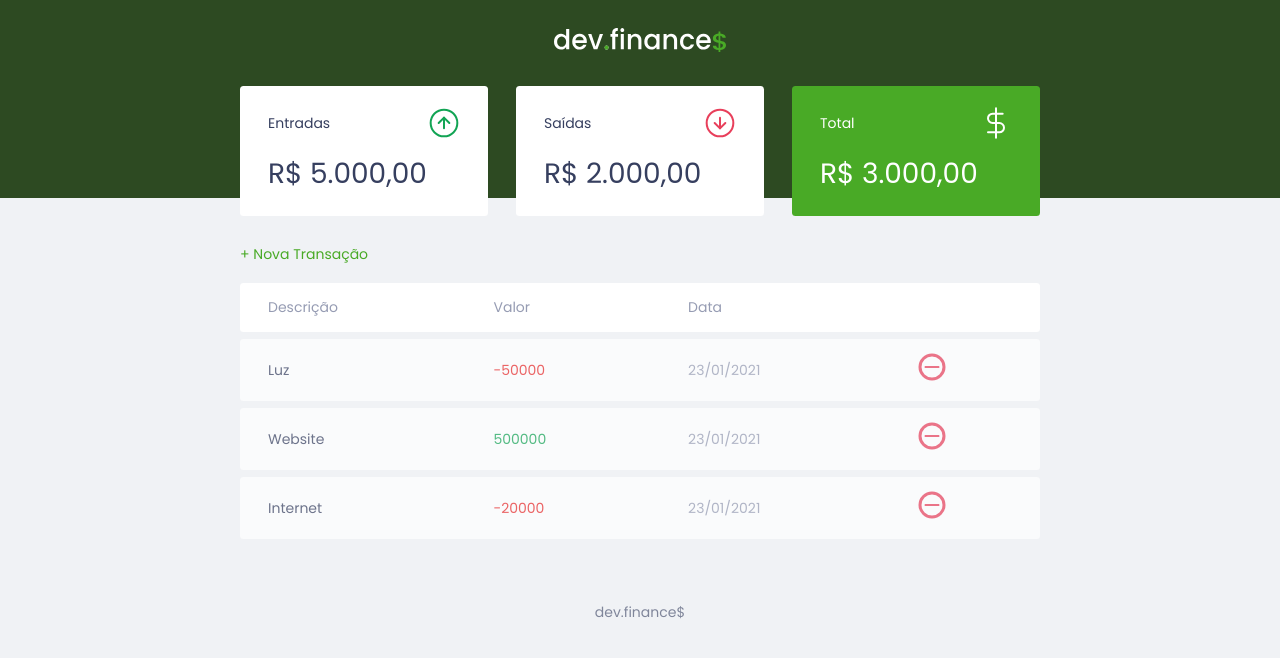
Repository: rafaelmgr12/maratona-dev01
Page: index.html
An editor plug-in stored every save of this project. The page is shown before and after the next save, followed by the edit.
The browser window is 1280 px wide. The pictures show the whole page.

Above is the page before, as saved 2021-05-01 11:10:08.

### index.html
<!DOCTYPE html>
<html lang="pt-br">
  <head>
    <meta charset="UTF-8" />
    <meta name="viewport" content="width=device-width, initial-scale=1.0" />
    <title>Rafael.appdev.finance$</title>

    <link rel="stylesheet" href="./style.css" />
    <link rel="preconnect" href="https://fonts.gstatic.com" />
    <link
      href="https://fonts.googleapis.com/css2?family=Poppins:ital,wght@0,100;0,400;0,700;1,100;1,400;1,700&display=swap"
      rel="stylesheet"
    />
  </head>
  <body>
    <header>
      <img src="./assets/logo.svg" alt="Logo Dev Finance" />
    </header>

    <main class="container">
      <section id="balance">
        <h2 class="sr-only">Balanço</h2>

        <div class="card">
          <h3>
            <span> Entradas </span>
            <img src="./assets/income.svg" alt="Image de entradas" />
          </h3>
          <p>R$ 5.000,00</p>
        </div>

        <div class="card">
          <h3>
            <span> Saídas </span>
            <img src="./assets/expense.svg" alt="Image de saídas" />
          </h3>
          <p>R$ 2.000,00</p>
        </div>

        <div class="card total">
          <h3>
            <span> Total </span>
            <img src="./assets/total.svg" alt="Image de total" />
          </h3>
          <p>R$ 3.000,00</p>
        </div>
      </section>

      <section id="transaction">
        <h2 class="sr-only">Transações</h2>

        <a href="#" onclick="Modal.open()" class="button new"
          >+ Nova Transação</a
        >

        <table id="data-table">
          <thead>
            <tr>
              <th>Descrição</th>
              <th>Valor</th>
              <th>Data</th>
              <th></th>
            </tr>
          </thead>
          <tbody>

          </tbody>
        </table>
      </section>
    </main>

    <div class="modal-overlay">
      <div class="modal">
        <div id="form">
          <h2>Nova Transação</h2>
          <form action="">
            <div class="input-group">
              <label class="sr-only" for="description">Descrição</label>
              <input
                type="text"
                id="description"
                name="description"
                placeholder="Descrição"
              />
            </div>

            <div class="input-group">
              <label class="sr-only" for="amount">Valor</label>
              <input
                type="number"
                step="0.01"
                id="amount"
                name="amount"
                placeholder="0,00"
              />
              <small class="help"
                >Use o sinal - (negativo) para despesas e , (vírgula) para casas
                decimais</small
              >
            </div>

            <div class="input-group">
              <label class="sr-only" for="date">Data</label>
              <input type="date" id="date" name="date" />
            </div>

            <div class="input-group actions">
              <a onclick="Modal.close()" href="#" class="button cancel"
                >Cancelar</a
              >
              <button>Salvar</button>
            </div>
          </form>
        </div>
      </div>
    </div>

    <footer><p>dev.finance$</p></footer>

    <script src = "./scripts.js"></script>
  </body>
</html>

### style.css
/* Global ===================== */
:root {
  --dark-blue: #363f5f;
  --green: #49aa26;
  --light-green: #3dd705;
  --red: #e92929;
}

* {
  margin: 0;
  padding: 0;
  box-sizing: border-box;
}

html {
  font-size: 93.75%; /* 15px */
}

body {
  background: #f0f2f5;
  font-family: "Poppins", sans-serif;
}

.sr-only {
  position: absolute;
  width: 1px;
  height: 1px;
  padding: 0;
  margin: -1px;
  overflow: hidden;
  clip: rect(0, 0, 0, 0);
  white-space: nowrap;
  border-width: 0;
}

.container {
  width: min(90vw, 800px);
  margin: auto;
}

/* Titles ===================== */
h2 {
  margin-top: 3.2rem;
  margin-bottom: 0.8rem;
  color: var(--dark-blue);

  font-weight: normal;
}

/* Links & Buttons ===================== */
a {
  color: var(--green);
  text-decoration: none;
}

a:hover {
  color: var(--light-green);
}

button {
  width: 100%;
  height: 50px;

  border: none;

  color: white;
  background: var(--green);

  padding: 0;

  border-radius: 0.25rem;

  cursor: pointer;
}

button:hover {
  background: var(--light-green);
}

.button.new {
  display: inline-block;
  margin-bottom: 0.8rem;
}

.button.cancel {
  color: var(--red);
  border: 2px var(--red) solid;
  border-radius: 0.25rem;

  height: 50px;

  display: flex;
  align-items: center;
  justify-content: center;

  opacity: 0.6;
}

.button.cancel:hover {
  opacity: 1;
}

/* Header ===================== */
header {
  background: #2d4a22;
  padding: 2rem 0 10rem;
  text-align: center;
}

#logo {
  color: #fff;
  font-weight: 100;
}

/* Balance ===================== */
#balance {
  margin-top: -8rem;
}

#balance h2 {
  color: white;
  margin-top: 0;
}

/* Cards ===================== */
.card {
  background: white;
  padding: 1.5rem 2rem;
  border-radius: 0.25rem;

  margin-bottom: 2rem;

  color: var(--dark-blue);
}

.card h3 {
  font-weight: normal;
  font-size: 1rem;

  display: flex;
  align-items: center;
  justify-content: space-between;
}

.card p {
  font-size: 2rem;
  line-height: 3rem;

  margin-top: 1rem;
}

.card.total {
  background: var(--green);
  color: white;
}

/* Table ===================== */
#transaction {
  display: block;
  width: 100%;
  overflow-x: auto;
}
#data-table {
  width: 100%;
  border-spacing: 0 0.5rem;
  color: #969cb3;
}

table thead tr th:first-child,
table tbody tr td:first-child {
  border-radius: 0.25rem 0 0 0.25rem;
}

table thead tr th:last-child,
table tbody tr td:last-child {
  border-radius: 0 0.25rem 0.25rem 0;
}

table thead th {
  background: white;

  font-weight: normal;
  padding: 1rem 2rem;

  text-align: left;
}

table tbody tr {
  opacity: 0.7;
}

table tbody tr:hover {
  opacity: 1;
}

table tbody td {
  background: white;
  padding: 1rem 2rem;
}

td.description {
  color: var(--dark-blue);
}

td.income {
  color: #12a454;
}

td.expense {
  color: #e92929;
}

/* Modal ===================== */
.modal-overlay {
  width: 100%;
  height: 100%;

  background-color: rgba(0, 0, 0, 0.7);

  position: fixed;
  top: 0;

  display: flex;
  align-items: center;
  justify-content: center;

  opacity: 0;
  visibility: hidden;

  z-index: 999;
}

.modal-overlay.active {
  opacity: 1;
  visibility: visible;
}

.modal {
  background: #f0f2f5;
  padding: 2.4rem;

  position: relative;
  z-index: 1;
}

/* Form ===================== */
#form {
  max-width: 500px;
}

#form h2 {
  margin-top: 0;
}

input {
  border: none;
  border-radius: 0.2rem;

  padding: 0.8rem;

  width: 100%;
}

.input-group {
  margin-top: 0.8rem;
}

.input-group small {
  opacity: 0.4;
}

.input-group.actions {
  display: flex;
  justify-content: space-between;
  align-items: center;
}

.input-group.actions .button,
.input-group.actions button {
  width: 48%;
}

/* Footer ===================== */
footer {
  text-align: center;
  padding: 4rem 0 2rem;
  color: var(--dark-blue);

  opacity: 0.6;
}

/* Responsive ===================== */
@media (min-width: 800px) {
  html {
    font-size: 87.5%;
  }

  #balance {
    display: grid;
    grid-template-columns: repeat(3, 1fr);
    gap: 2rem;
  }
}

### scripts.js
const Modal = {
  open() {
    // Abrir modal
    // Adicionar a class active ao modal
    document.querySelector(".modal-overlay").classList.add("active");
  },
  close() {
    // fechar o modal
    // remover a class active do modal
    document.querySelector(".modal-overlay").classList.remove("active");
  },
};

const transactions = [
  {
    id: 1,
    description: "Luz",
    amount: -50000,
    date: "23/01/2021",
  },
  { id: 2, description: "Website", amount: 500000, date: "23/01/2021" },
  { id: 3, description: "Internet", amount: -20000, date: "23/01/2021" },
];

const Transaction = {
  income() {
    // somar as entradas
  },
  expenses() {
    // somar saídas/gastos
  },
  total() {
    // entradas - saídas
  },
};

const DOM = {

  transactionContainer: document.querySelector("#data-table tbody"),


  addTransaction(transaction,index){
    const tr = document.createElement('tr')
    tr.innerHTML = DOM.innerHTMLTransaction(transaction)

    DOM.transactionContainer.appendChild(tr)
  },

  innerHTMLTransaction(transaction){
    const CSSclass = transaction.amount > 0 ? "income":
    "expense"
    const html = `
      <td class="description">${transaction.description}</td>
      <td class="${CSSclass}">${transaction.amount}</td>
      <td class="date">${transaction.date}</td>
      <td>
          <img src="./assets/minus.svg" alt="Remover transação" />
      </td>
    `
    return html
  },
};

//DOM.addTransaction(transactions)

const Utils = {
  formatCurrency(value){
    const signal = Number(value) < 0 ? "-" : ""

    value = String(value).replace(/\D/g,"")

    value = Number(value) / 100

    value = value.toLocaleString("pt-BR",{
      style: "currency",
      currency: "BRL",

    })

    return signal + value
  }
}

transactions.forEach(function(transaction){
  DOM.addTransaction(transaction)
})

After the next save:
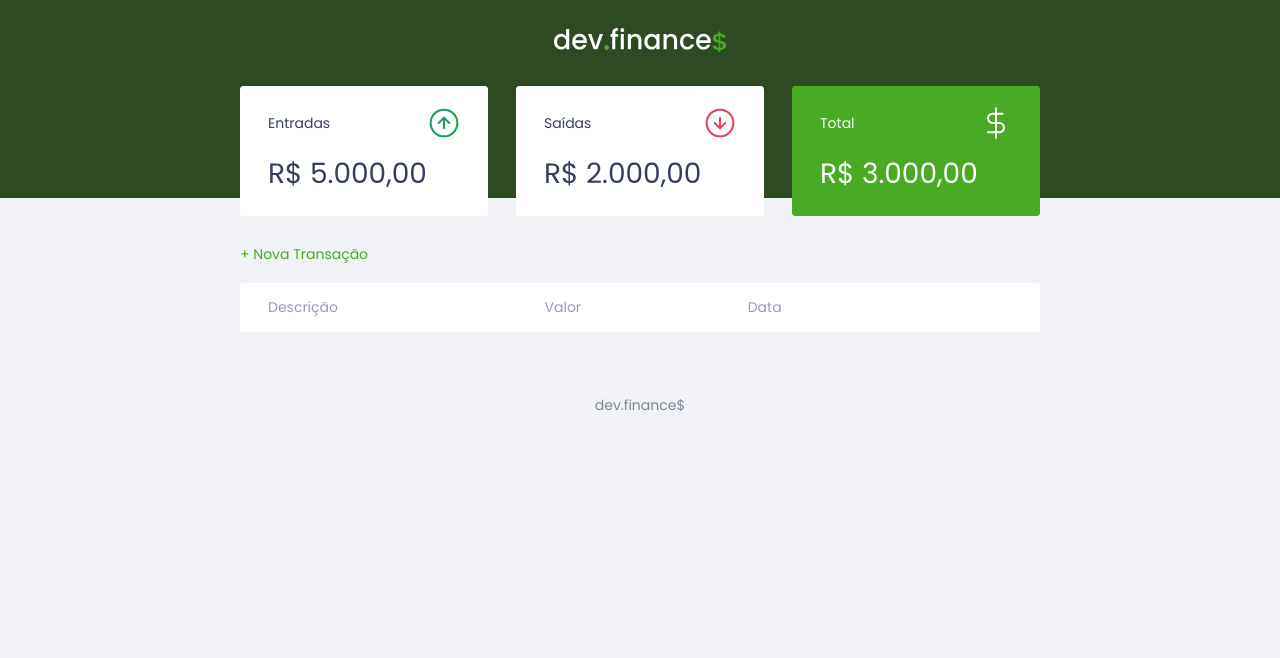
Console error: ReferenceError: Util is not defined
Saved 40 s later.
--- a/scripts.js
+++ b/scripts.js
@@ -49,9 +49,12 @@
   innerHTMLTransaction(transaction){
     const CSSclass = transaction.amount > 0 ? "income":
     "expense"
+
+    const amount = Util.formatCurrency(transaction.amount)
+
     const html = `
       <td class="description">${transaction.description}</td>
-      <td class="${CSSclass}">${transaction.amount}</td>
+      <td class="${CSSclass}">${amount}</td>
       <td class="date">${transaction.date}</td>
       <td>
           <img src="./assets/minus.svg" alt="Remover transação" />

After the 2 saves that followed:
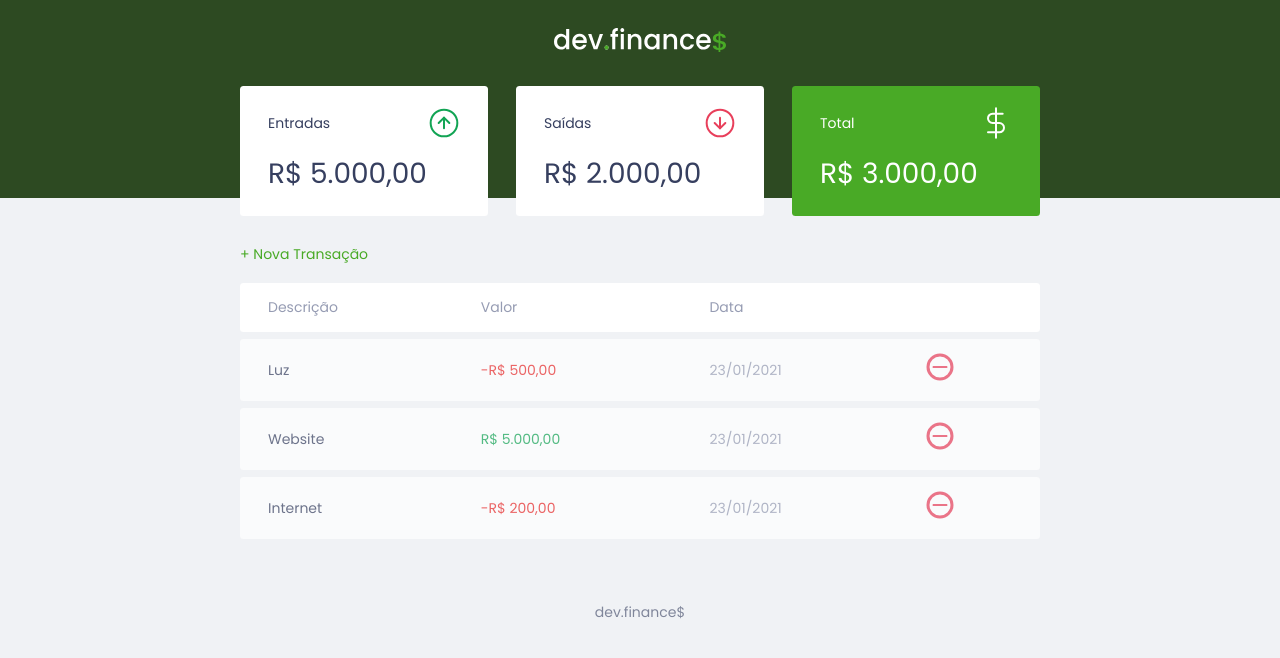
The error is gone.
The 2 saves are shown as one change because 1 left the picture as it was.
The last was saved 51 s later.
--- a/scripts.js
+++ b/scripts.js
@@ -50,7 +50,7 @@
     const CSSclass = transaction.amount > 0 ? "income":
     "expense"
 
-    const amount = Util.formatCurrency(transaction.amount)
+    const amount = Utils.formatCurrency(transaction.amount)
 
     const html = `
       <td class="description">${transaction.description}</td>
@@ -79,8 +79,8 @@
       currency: "BRL",
 
     })
+    return signal + value
 
-    return signal + value
   }
 }
 
